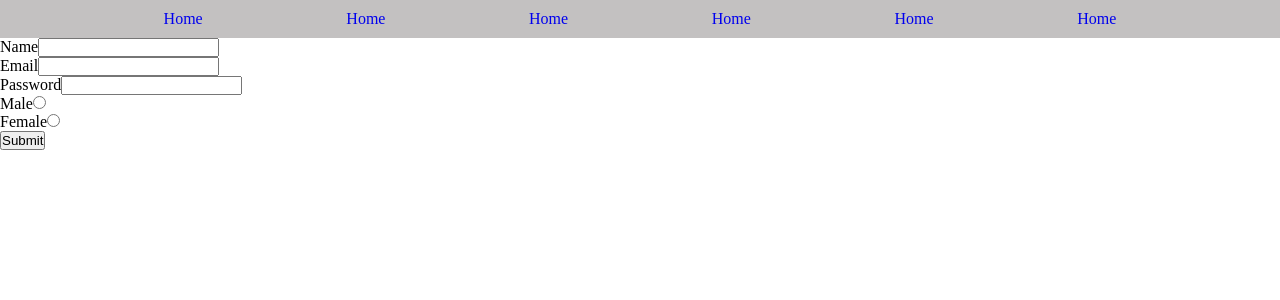
Repository: Naynsh2904/Advance_Java
Page: http://localhost/createForm/NewFile.jsp
These files come from the project's save history. The page is drawn as it stood at one moment and after the next save; the edit follows.
The browser window is 1280 px wide. The pictures show the whole page.
The page is served by Tomcat 9.

Above is the page before, as saved 2025-01-31 09:52:57.

### createForm/src/main/webapp/NewFile.jsp
<%@ page language="java" contentType="text/html; charset=UTF-8"
	pageEncoding="UTF-8"%>
<!DOCTYPE html>
<html>
<head>
<meta charset="UTF-8">
<title>Document</title>
<style>
    * {
      margin: 0;
      padding: 0;
    }
    a {
      text-decoration: none;
    }
    li {
      list-style: none;
    }

    ul {
      padding: 10px 20px;
      background-color: #c3c1c1;
      display: flex;
      justify-content: space-evenly;
    }
  </style>
</head>

<body>
	<div>

		<nav>
			<ul>
				<li><a href="#">Home</a></li>
				<li><a href="#">Home</a></li>
				<li><a href="#">Home</a></li>
				<li><a href="#">Home</a></li>
				<li><a href="#">Home</a></li>
				<li><a href="#">Home</a></li>
			</ul>
		</nav>
		<form action="#" method="get">
			Name<input type="text" name="name" value="" /><br> Email<input
				type="email" name="email" value="" /><br> Password<input
				type="password" name="password" value="" /><br> Male<input
				type="radio" name="gender" value="male" /><br> Female<input
				type="radio" name="gender" value="female" /><br>
			<div>
				<button type="submit" name="btn">Submit</button>
			</div>
		</form>
		<%
		if (request.getParameter("btn") != null) {
			String Name = request.getParameter("name");
			String Email = request.getParameter("email");
			String Pass = request.getParameter("password");
			String Gender = request.getParameter("gender");

			out.print("Name " + Name + " " + "Email: " + Email + " " + "Pass: " + Pass + " " + " Gender " + Gender);
		%>
		<h1>Name :<%=Name%></h1>
		<h1>Email : <%=Email%></h1>
		<h1>Pass :<%=Pass%></h1>
		<h1>Gender :<%=Gender%></h1>
		<script>
			alert("successfully Done !! ")
		</script>
		<%
		}
		%>
	</div>
</body>
</html>

After the next save:
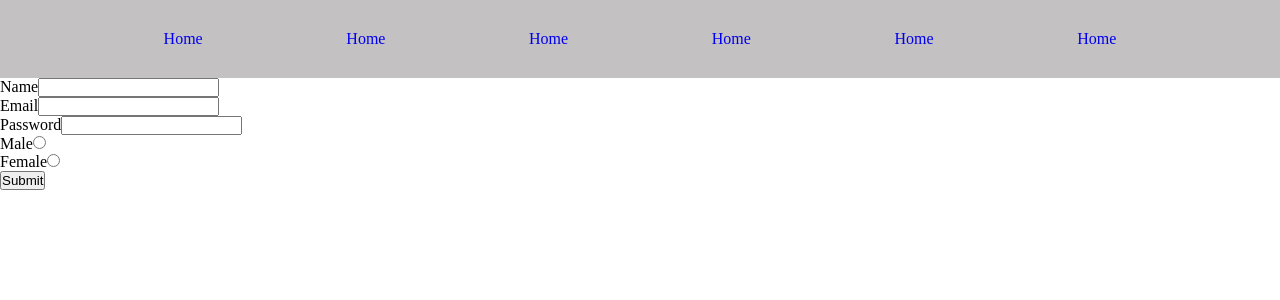
Saved 19 s later.
--- a/createForm/src/main/webapp/NewFile.jsp
+++ b/createForm/src/main/webapp/NewFile.jsp
@@ -18,7 +18,7 @@
     }
 
     ul {
-      padding: 10px 20px;
+      padding: 30px 20px;
       background-color: #c3c1c1;
       display: flex;
       justify-content: space-evenly;
